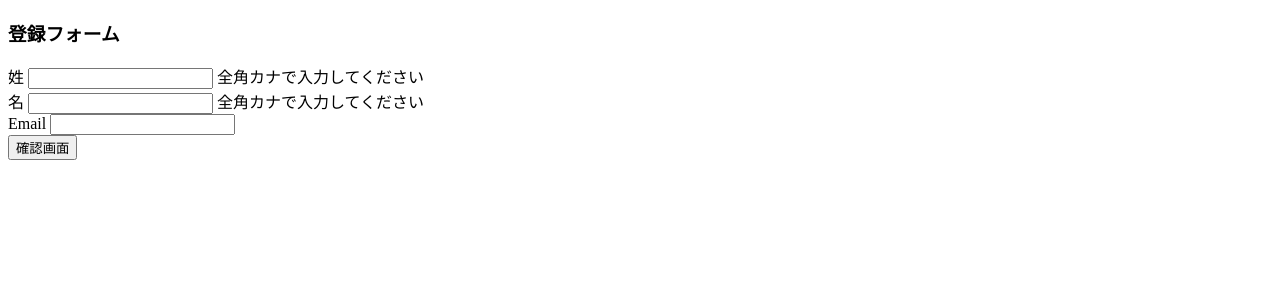
Repository: yoshiryoryo/phpform
Page: http://localhost/register.php
These files come from the project's save history. The page is drawn as it stood at one moment and after the next save; the edit follows.
The browser window is 1280 px wide. The pictures show the whole page.
The page is run by PHP 8.4 with error messages shown; the project is at /var/www/html/.

Above is the page before, as saved 2021-02-24 11:23:11.
Console error: SyntaxError: Identifier 'name_error_message' has already been declared

After the next save:
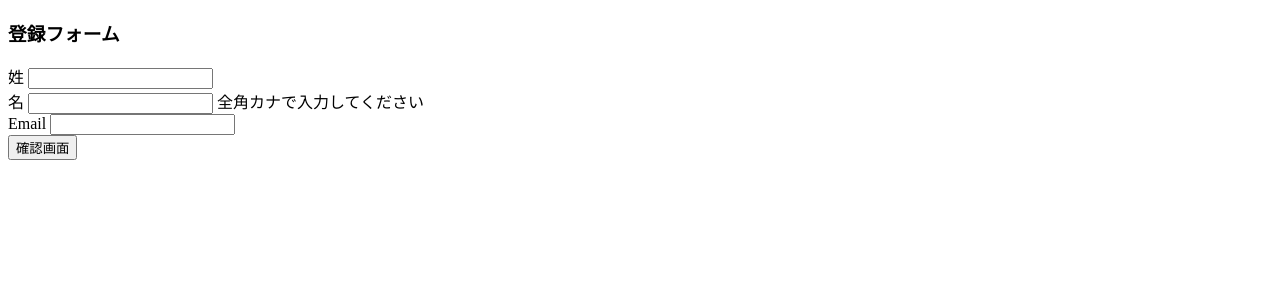
Saved 26 s later.
--- a/register.php
+++ b/register.php
@@ -17,7 +17,7 @@
         }
 
         /* エラーメッセージの非表示 */
-        #name-error-message {
+        #name_1-error-message {
             display: none;
         }
 
